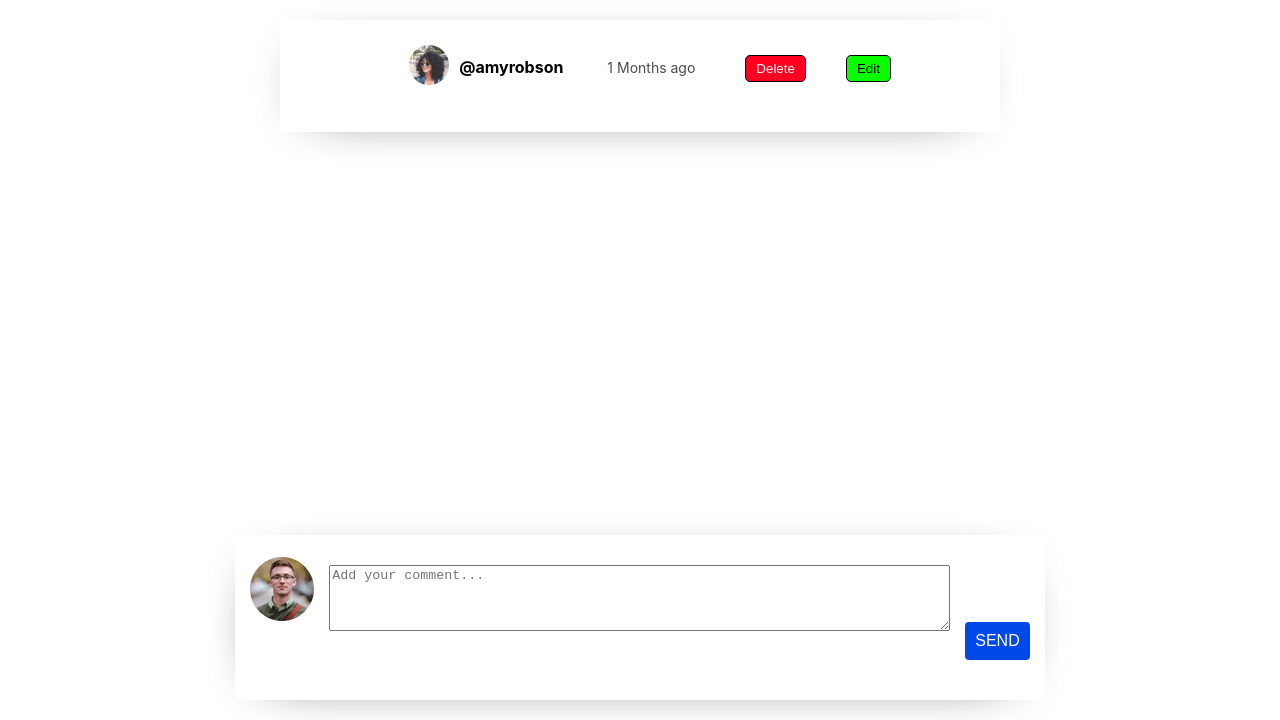
Repository: badhon252/interactive-comments-section
Page: /
The author's editor kept a copy of each file at every save. The page is drawn from the files as they stood at one save, then again after the next save.
The browser window is 1280 px wide. The pictures show the whole page.
The project was rebuilt for these pictures with package versions that can differ from the ones it lists, and the page was loaded fresh each time.

Above is the page before, as saved 2022-01-28 14:45:13.

### public/index.html
<!DOCTYPE html>
<html lang="en">

<head>
  <meta charset="utf-8" />
  <link rel="icon" href="%PUBLIC_URL%/favicon.ico" />
  <meta name="viewport" content="width=device-width, initial-scale=1" />
  <meta name="theme-color" content="#000000" />
  <meta name="description" content="Web site created using create-react-app" />
  <link rel="apple-touch-icon" href="%PUBLIC_URL%/logo192.png" />

  <link rel="manifest" href="%PUBLIC_URL%/manifest.json" />

  <title>interactive-comments-section</title>
</head>

<body>
  <noscript>You need to enable JavaScript to run this app.</noscript>
  <div id="root"></div>

</body>

</html>

### src/App.js
import WriteComments from "./components/WriteComments";
// import WriteComments from "./components/WriteComments";

function App() {
  return (
    <div className="App">
      <WriteComments />
    </div>
  );
}

export default App;

### src/components/WriteComments.js
import React, { useState } from "react";
import "../App.css";
import Avatar from "../images/avatars/image-juliusomo.png";
import avatar from "../images/avatars/image-amyrobson.png";
// import Comments from "./Comments";

export default function WriteComments() {
  const [input, setInput] = useState("");
  const [comment, setComment] = useState([
    { id: new Date().getTime().toString(), name: "" },
  ]);

  const handleSubmit = (e) => {
    e.preventDefault();

    if (input) {
      setComment((e) => {
        return [...e, input];
        //not finished=========
      });
      setInput("");
    } else {
      alert("Write a comment first!!");
    }
  };

  // const key = new Date().getTime().toString();

  const handleDelete = (e) => {
    console.log(e.target);
  };
  const handleEdit = () => {};

  return (
    <div className="main-div">
      {/* comment-input================ */}
      <div className="comment-input ">
        <form
          action=""
          className="comment-section shadow"
          onSubmit={handleSubmit}
        >
          <img src={Avatar} alt="images" className="my-img" />
          <textarea
            name=""
            id=""
            rows="4"
            cols="75"
            placeholder="Add your comment..."
            value={input}
            onChange={(e) => setInput(e.target.value)}
          />
          <button className="submit-btn">SEND</button>
        </form>{" "}
      </div>

      {/* comments===== start========== */}
      <div className="comments">
        {comment.map((value) => {
          return (
            <div className="shadow" key={value.id}>
              <div className="profile-info">
                <img src={avatar} alt="" className="random-img" />
                <h4 className="name">@amyrobson</h4>
                <span className="time"> 1 Months ago</span>
                <div className="btn">
                  <button className="delete" onClick={handleDelete}>
                    Delete
                  </button>
                  <button className="edit" onClick={handleEdit}>
                    Edit
                  </button>
                </div>
              </div>
              <li className="single-comment">{value.name}</li>
            </div>
          );
        })}
      </div>
      {/* comments ends ========= */}
    </div>
  );
}

### src/App.css
.main-div {
  /* width: 40rem; */
  /* margin: auto; */
  text-align: center;
}
.comment-section {
  padding: 15px;
  margin: 20px;
  border-radius: 7px;
  position: fixed;
  bottom: 0;
  background-color: #fff;
  z-index: 10;
}
.comment-input {
  display: flex;
  justify-content: center;
}

.submit-btn {
  background-color: rgb(0, 73, 231);
  color: white;
  border: none;
  border-radius: 4px;
  font-size: 1rem;
  padding: 10px;
  margin-bottom: 25px;
  cursor: pointer;
  /* align-items: flex-start; */
}

.my-img {
  max-width: 80%;
  margin-bottom: 25px;
}
textarea {
  margin: 15px;
}

.shadow {
  box-shadow: -3px 7px 54px -36px rgba(0, 0, 0, 1);
  -webkit-box-shadow: -3px 7px 54px -36px rgba(0, 0, 0, 1);
  -moz-box-shadow: -3px 7px 54px -36px rgba(0, 0, 0, 1);
}

/* single comment section ==== */

.comments {
  margin: 20px auto;
  width: 45rem;
  /* text-align: justify; */
}
.profile-info {
  /* display: flex; */
  /* justify-content: left; */
  padding: 25px 0 10px 40px;
}
.random-img {
  width: 40px;
  display: inline;
  margin-bottom: -12px;
}
.name {
  padding: 0 10px;
  display: inline;
}

.time {
  font-size: 14px;
  opacity: 70%;
  padding-left: 30px;
  display: inline;
}
.btn {
  /* text-align: center; */
  text-align: right;
  padding-top: 24px;
  padding-left: 30px;
  margin-left: auto;
  display: inline;
}
.edit {
  background-color: rgb(9, 255, 0);
  border: 1px solid black;
  padding: 5px 10px;
  border-radius: 5px;
  margin: 0 20px;
  cursor: pointer;
  display: inline;
}

.delete {
  background-color: rgb(255, 0, 34);
  border: 1px solid black;
  color: #fff;
  padding: 5px 10px;
  border-radius: 5px;
  margin: 0 20px;
  cursor: pointer;
  display: inline;
}

.single-comment {
  width: 40rem;
  padding: 0 15px 20px 15px;
  margin: 20px;
  list-style-type: none;
}

Loaded but not shown: src/index.js (common file); src/index.css (common file); src/reportWebVitals.js (common file)

After the next save:
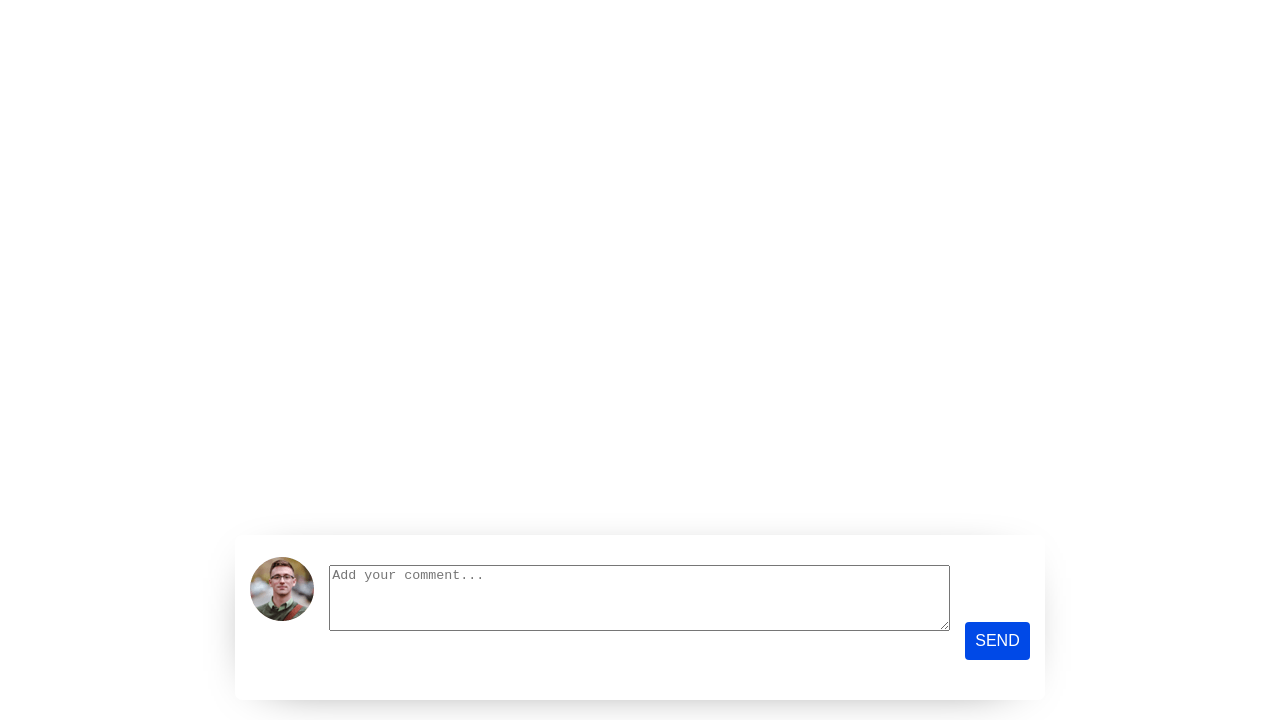
Saved 82 s later.
--- a/src/components/WriteComments.js
+++ b/src/components/WriteComments.js
@@ -6,9 +6,7 @@ import avatar from "../images/avatars/image-amyrobson.png";
 
 export default function WriteComments() {
   const [input, setInput] = useState("");
-  const [comment, setComment] = useState([
-    { id: new Date().getTime().toString(), name: "" },
-  ]);
+  const [comment, setComment] = useState([]);
 
   const handleSubmit = (e) => {
     e.preventDefault();
